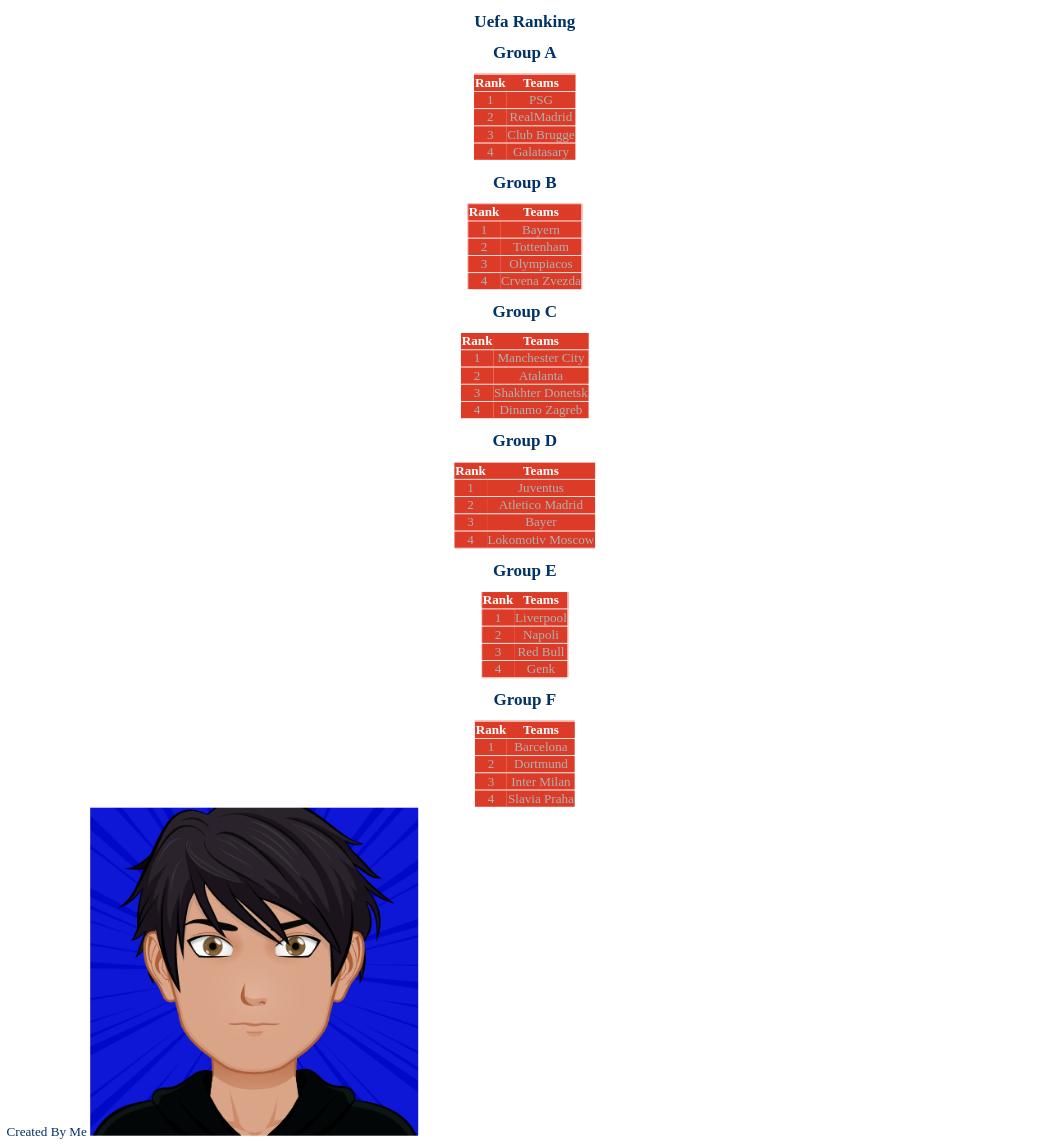
Repository: Danielrr07/Danielrr07.github.io
Page: My_Website/website.html
The author's editor kept a record of every edit. The page is drawn from the files as they stood at one moment, then again after the next edit.
The browser window is 1280 px wide. The pictures show the whole page, at 82% of full size.

Above is the page before.

After the next edit:
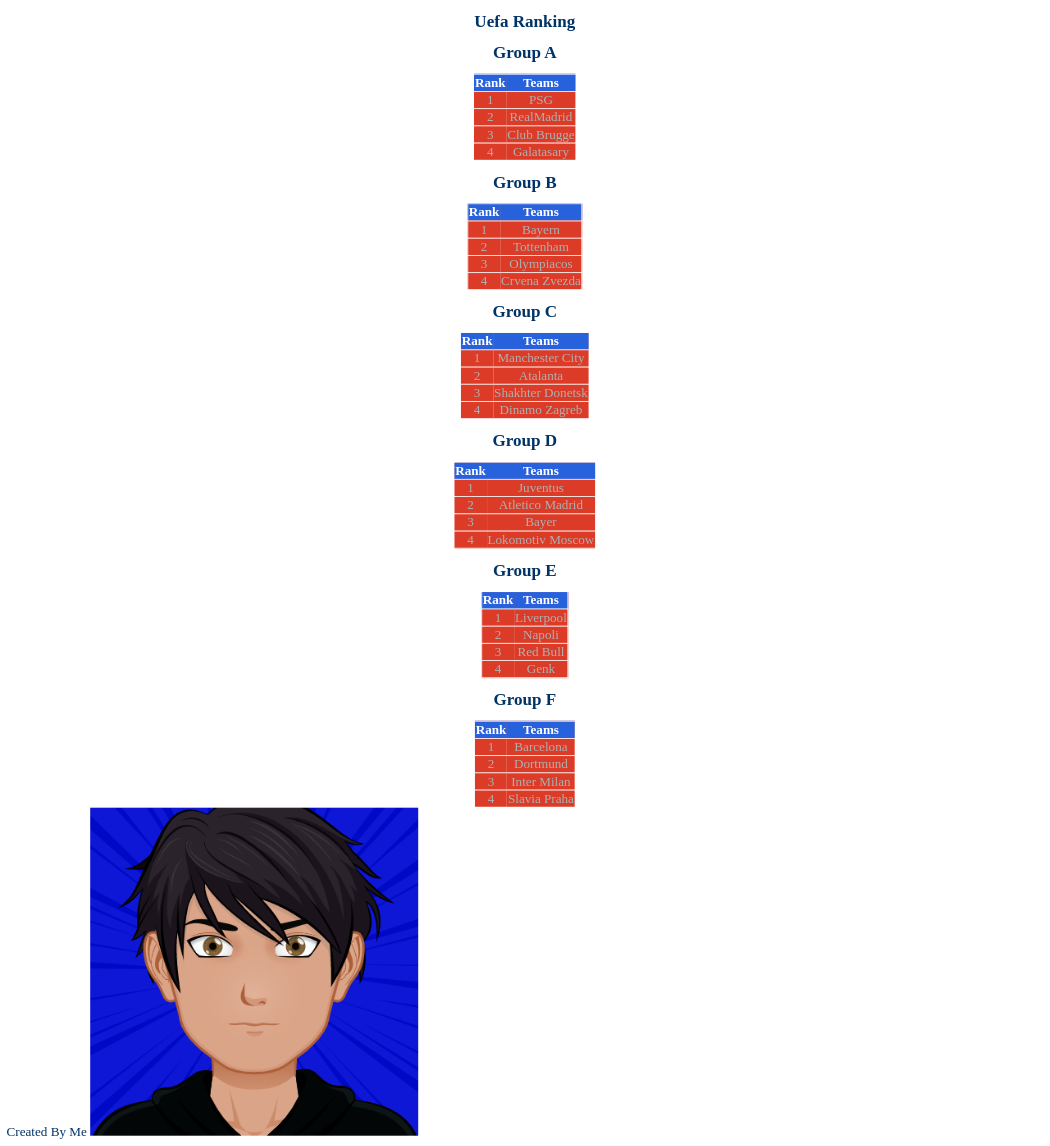
The edit:
--- a/My_Website/website1.css
+++ b/My_Website/website1.css
@@ -24,5 +24,5 @@
   th   {
 	 text-align: center;
 	 color: #ffffff;
-	 background-color: #DC3B27;
+	 background-color: #2761DC;
   }
